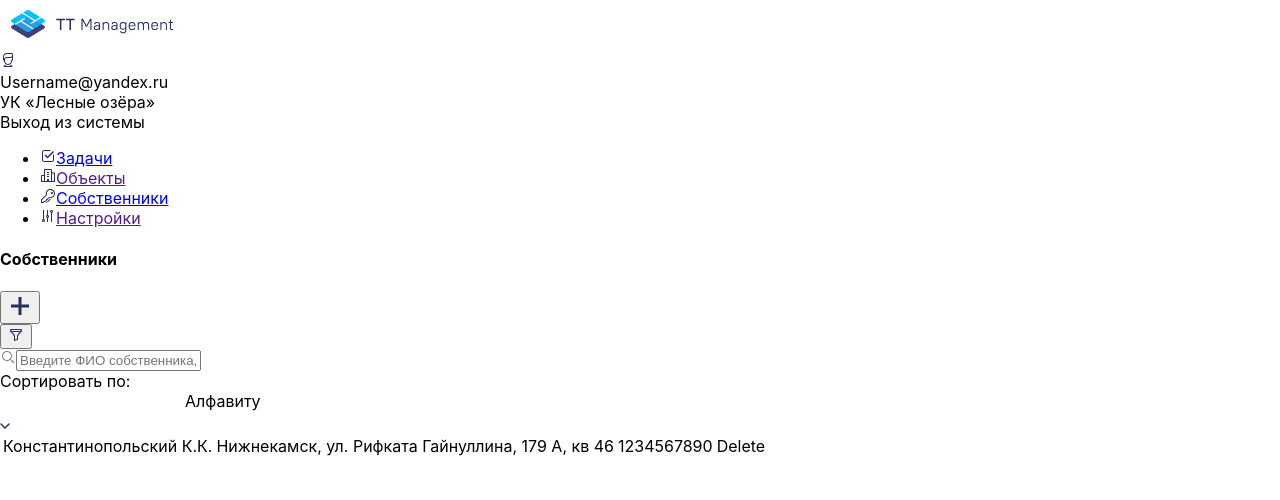
Repository: TryBr/tt-management
Page: /owners
An editor plug-in stored every save of this project. The page is shown before and after a run of saves, followed by the edit.
The browser window is 1280 px wide. The pictures show the whole page.
The project was rebuilt for these pictures with package versions that can differ from the ones it lists, and the page was loaded fresh each time. Also part of the build but not shown: src/App.css, src/TaskDetail.js.

Above is the page before, as saved 2020-07-20 02:03:12.

After the next 3 saves:
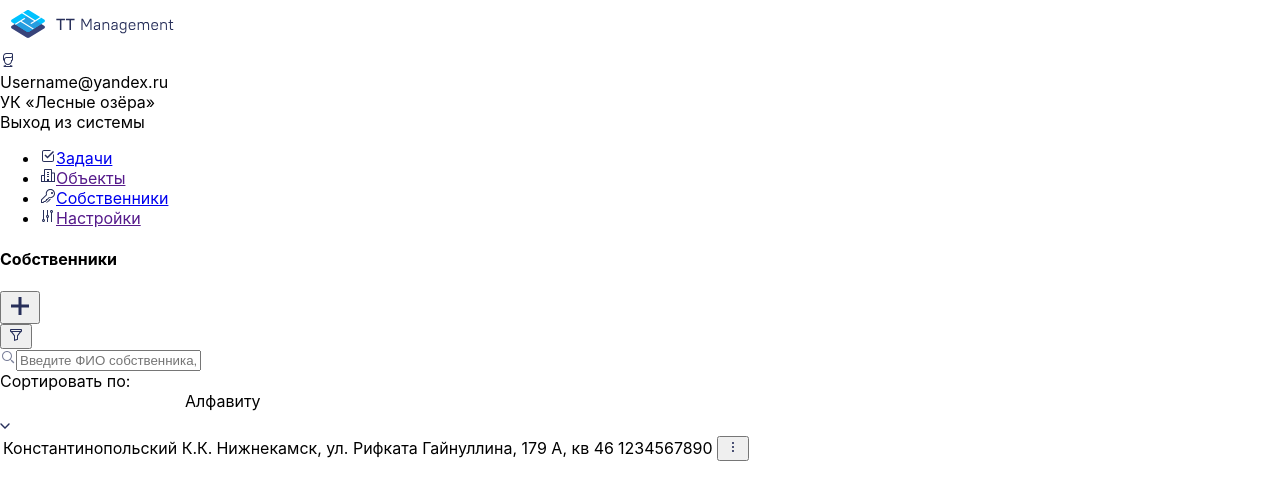
The 3 saves are shown as one change because 2 did not build or start.
The last was saved 2 min 18 s later.
--- a/src/Owners.js
+++ b/src/Owners.js
@@ -38,9 +38,14 @@ const SearchInputIcon = () => (
 
 const SelectIconPrefix = () => (
         <svg width="10" height="6" viewBox="0 0 10 6" fill="none" xmlns="http://www.w3.org/2000/svg">
-<path fill-rule="evenodd" clip-rule="evenodd" d="M0.5 1.5C0.223858 1.22386 0.223858 0.776142 0.5 0.5C0.776142 0.223858 1.22386 0.223857 1.5 0.5L5 4L8.5 0.5C8.77614 0.223858 9.22386 0.223858 9.5 0.5C9.77614 0.776142 9.77614 1.22386 9.5 1.5L5 6L0.5 1.5Z" fill="#272F5A"/>
-</svg>
+                <path fill-rule="evenodd" clip-rule="evenodd" d="M0.5 1.5C0.223858 1.22386 0.223858 0.776142 0.5 0.5C0.776142 0.223858 1.22386 0.223857 1.5 0.5L5 4L8.5 0.5C8.77614 0.223858 9.22386 0.223858 9.5 0.5C9.77614 0.776142 9.77614 1.22386 9.5 1.5L5 6L0.5 1.5Z" fill="#272F5A"/>
+        </svg>
+);
 
+const OwnerMenuIcon = () => (
+        <svg width="16" height="16" viewBox="0 0 16 16" fill="none" xmlns="http://www.w3.org/2000/svg">
+                <path fill-rule="evenodd" clip-rule="evenodd" d="M9 4C9 4.55228 8.55228 5 8 5C7.44772 5 7 4.55228 7 4C7 3.44772 7.44772 3 8 3C8.55228 3 9 3.44772 9 4ZM9 8C9 8.55228 8.55228 9 8 9C7.44772 9 7 8.55228 7 8C7 7.44772 7.44772 7 8 7C8.55228 7 9 7.44772 9 8ZM8 13C8.55228 13 9 12.5523 9 12C9 11.4477 8.55228 11 8 11C7.44772 11 7 11.4477 7 12C7 12.5523 7.44772 13 8 13Z" fill="#272F5A"/>
+        </svg>
 );
 
 const dataSource = [
@@ -68,7 +73,7 @@ const dataSource = [
         {
         title: 'btn',
         dataIndex: 'btn',
-        render: () => <a>Delete</a>,
+        render: () => <Button icon={<OwnerMenuIcon />}></Button>,
         },
     ];
 
